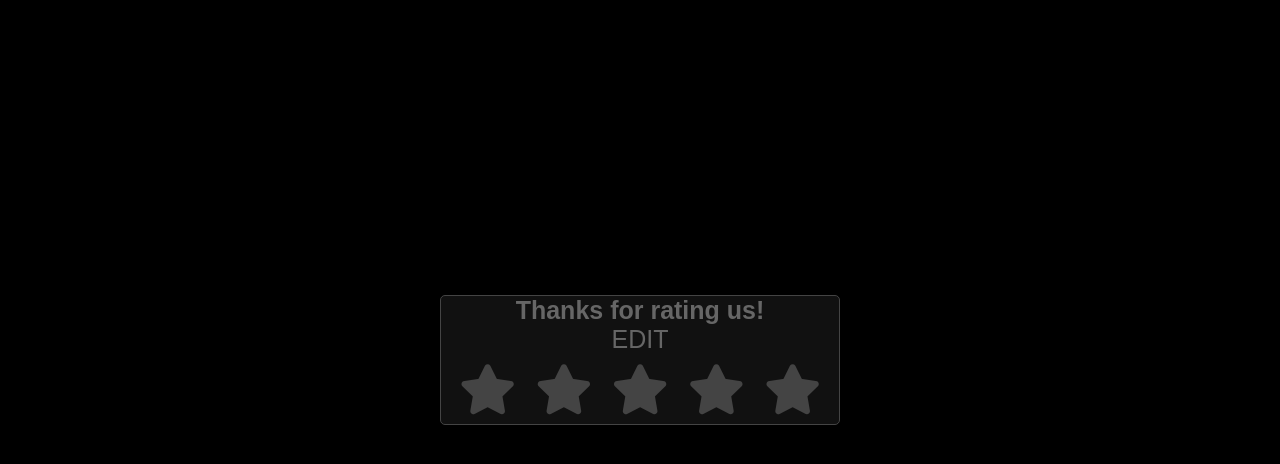
Repository: Suryansh-D/Star-Ratings
Page: index.html
The author's editor kept a copy of each file at every save. The page is drawn from the files as they stood at one save, then again after the next save.
The browser window is 1280 px wide. The pictures show the whole page.

Above is the page before, as saved 2024-02-03 10:27:13.

### index.html
<!DOCTYPE html>
<html lang="en">
<head>
    <meta charset="UTF-8">
    <meta name="viewport" content="width=device-width, initial-scale=1.0">
    <title>Document</title>
</head>
<link rel="stylesheet" href="style.css">
<link rel="stylesheet" href="https://cdnjs.cloudflare.com/ajax/libs/font-awesome/5.15.3/css/all.min.css">
<body>
    <div class="container">
        <div class="post">
            <div class="text">Thanks for rating us!</div>
            <div class="edit">EDIT</div>
            </div>
        <div class="stars">
            <input type="radio" name="rate" id="rate-5">
            <label for="rate-5" class="fas fa-star"></label>
            <input type="radio" name="rate" id="rate-4">
            <label for="rate-4" class="fas fa-star"></label>
            <input type="radio" name="rate" id="rate-3">
            <label for="rate-3" class="fas fa-star"></label>
            <input type="radio" name="rate" id="rate-2">
            <label for="rate-2" class="fas fa-star"></label>
            <input type="radio" name="rate" id="rate-1">
            <label for="rate-1" class="fas fa-star"></label>
            <form action="#">
                <header></header>
                <div class="textarea">
                <textarea cols="30" placeholder="Describe your experience"></textarea>
                </div>
                    <div class="btn">
                        <button type="submit">Post</button>
                        </div>
                 </form>
        </div>
    </div>
    <script></script>
</body>
</html>

### style.css
@import url('https://fonts.googleapis.com/css?family=Roboto:400,700');
* {
  margin: 0;
  padding: 0;
  box-sizing: border-box;
  font-family:'Poppins', sans-serif;
}
html, body {
  height: 100%;
  background-color: #000;
  place-items: center;
  display: grid;
  text-align: center;
}

.container {
  width: 400px;
  background: #111;
    padding: 20px , 30px;
    border: 1px solid #444;
    border-radius: 5px;
    display: flex;
    flex-direction: column;
    align-items: center;
    justify-content: center;
}
.container .stars input{
    display: none;
}
.stars label{
    font-size: 50px;
    color: #444;
    cursor: pointer;
    transition: all 0.2s ease;
    float: right;
    padding: 10px;

}
.stars input:not(:checked) ~ label:hover ,
.stars input:not(:checked) ~ label:hover ~ label{
    color: #ffcc00;
}
.stars input:checked ~ label{
    color: #ffcc00;
}
input#rate-5:checked ~ label{
    color: #fe7;
    text-shadow: 0 0 20px #f1cf45;
}
input#rate-4:checked ~ label{
    color: #fe7;
    text-shadow: 0 0 20px #f1cf45;
}
input#rate-3:checked ~ label{
    color: #fe7;
    text-shadow: 0 0 20px #f1cf45;
}
input#rate-2:checked ~ label{
    color: #fe7;
    text-shadow: 0 0 20px #f1cf45;
}
input#rate-1:checked ~ label{
    color: #fe7;
    text-shadow: 0 0 20px #f1cf45;
}

#rate-1:checked ~ form header:before{
    content: "Hatt Bakwas 😤";

}
#rate-2:checked ~ form header:before{
    content: "Bekaar 😒";
}
#rate-3:checked ~ form header:before{
    content: "Theek hi hai 🙂";
}
#rate-4:checked ~ form header:before{
    content: "Wah yaar😏";
}
#rate-5:checked ~ form header:before{
    content: "Ohh Bhaisaab 🤯 ";
}

.container .text{
    font-size: 25px;
    color: #666;
    font-weight: 700;

}
.container .edit{
    font-size: 25px;
    color: #666;
    font-weight: 500;
}
.container form{
    display: none;
}
input:checked ~ form{
    display: block;
    transition: all 0.2s ease;
}
form header{
    width:100%;
    font-size: 25px;
    color: #fe7;
    font-weight: 700;
    margin: 5px 0 20px 0;
    text-align: center;
    transition: all 0.2s ease;
}

form .textarea{
    width: 100%;
   height: 100%;
   overflow: hidden;
}
form .textarea textarea{
    height: 100%;
    width:100%;
    outline: none;
    color: #fff;
    border: 1px solid #333;
    background: #222;
    padding: 10px;
    font-size: 17px;
    resize: none;
}
form .btn{
  height: 45px;
  width: 100%;
  margin: 15px 0;
}
form .btn button{
    width: 100%;
    height: 100%;
    border: 1px solid #444;
    outline: none;
    background: #222;
    color: #999;
    font-size: 20px;
    font-weight: 700;
    cursor: pointer;
    transition: all 0.2s ease;
    font-size: 17px;
    text-transform: uppercase;
}
form .btn button:hover{
    background: #1b1b1b;
    color: #fff;
}

After the next save:
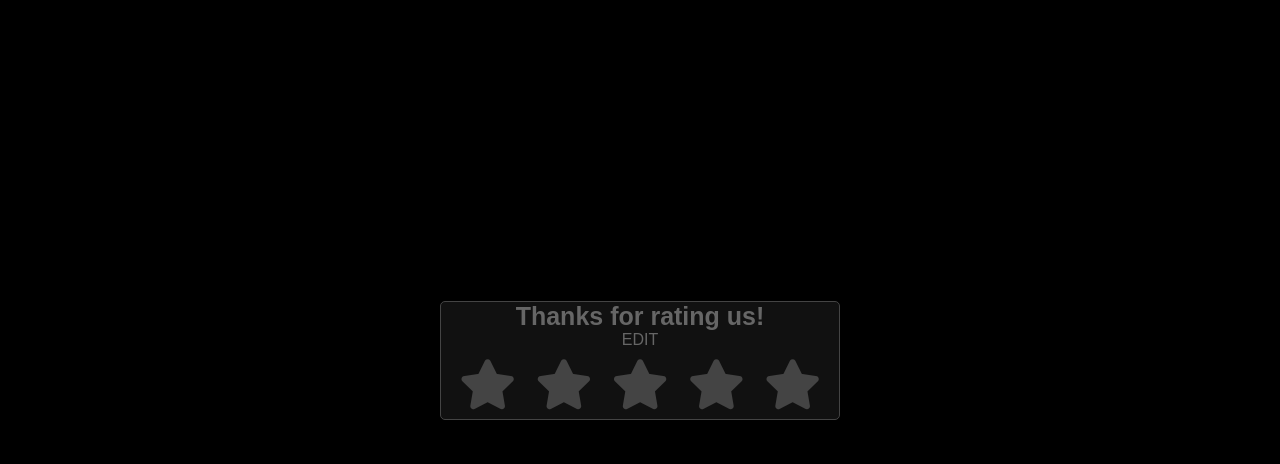
Saved 10 s later.
--- a/style.css
+++ b/style.css
@@ -88,7 +88,7 @@ input#rate-1:checked ~ label{
 
 }
 .container .edit{
-    font-size: 25px;
+    font-size: 16px;
     color: #666;
     font-weight: 500;
 }
